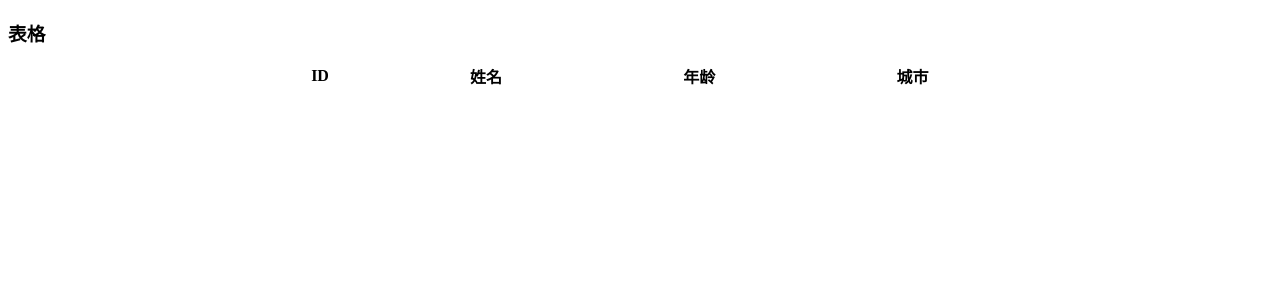
Repository: qyl1006/JavaApps
Page: workspace/web-01-html/WebContent/task02/list.html
These files come from the project's save history. The page is drawn as it stood at one moment and after the next save; the edit follows.
The browser window is 1280 px wide. The pictures show the whole page.

Above is the page before, as saved 2018-02-28 12:08:43.

### workspace/web-01-html/WebContent/task02/list.html
<!DOCTYPE html PUBLIC "-//W3C//DTD HTML 4.01 Transitional//EN" "http://www.w3.org/TR/html4/loose.dtd">
<html>
<head>
<meta http-equiv="Content-Type" content="text/html; charset=UTF-8">
<title>Insert title here</title>
</head>
<body>
	<h3>表格</h3>
	<table cellpadding="0" cellspacing="0" width="60%" align="center">
		<tr>
			<th>ID</th>
			<th>姓名</th>
			<th>年龄</th>
			<th>城市</th>
		</tr>
	</table>

</body>
</html>

After the next save:
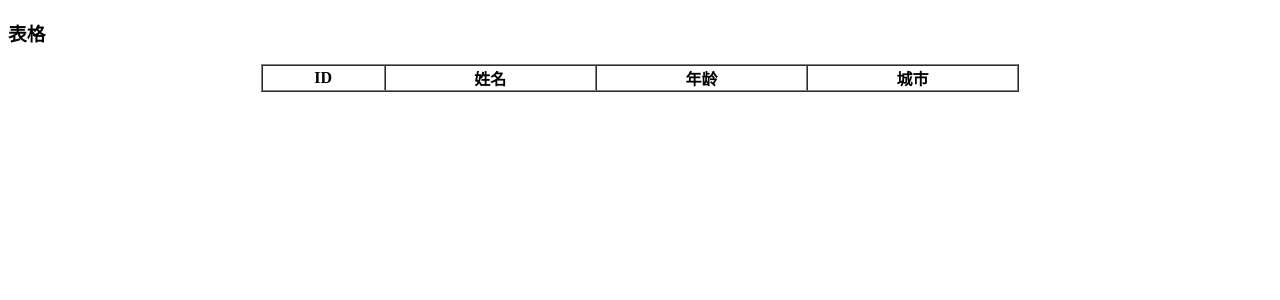
Saved 23 s later.
--- a/workspace/web-01-html/WebContent/task02/list.html
+++ b/workspace/web-01-html/WebContent/task02/list.html
@@ -6,7 +6,7 @@
 </head>
 <body>
 	<h3>表格</h3>
-	<table cellpadding="0" cellspacing="0" width="60%" align="center">
+	<table cellpadding="0" cellspacing="0" width="60%" align="center" border="1">
 		<tr>
 			<th>ID</th>
 			<th>姓名</th>
